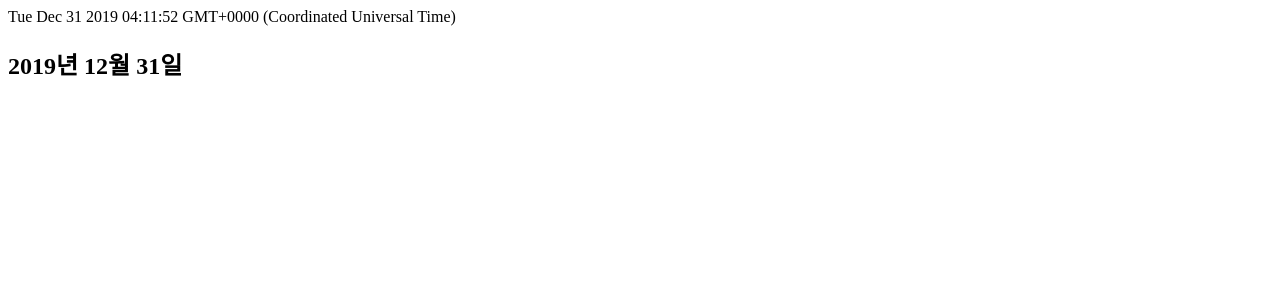
Repository: sonic247897/multicampus-web
Page: clientweb/WebContent/js_basic/js_date_test01.html
The author's editor kept a copy of each file at every save. The page is drawn from the files as they stood at one save, then again after the next save.
The browser window is 1280 px wide. The pictures show the whole page.

Above is the page before, as saved 2020-01-07 07:29:45.

### clientweb/WebContent/js_basic/js_date_test01.html
<!DOCTYPE html>
<!-- 날짜시간과 관련된 자바스크립트 내장객체(Date)  -->
<html>
<head>
	<meta charset="EUC-KR">
	<title>Insert title here</title>
</head>
<body>
	<script type="text/javascript">
		// 자바: Date d = new Date();
		today = new Date(); //자바스크립트는 타입명시 안해도 됨. 내장객체 Date
		document.write(today);
		str = today.getFullYear() + "년 ";
		str = str+(today.getMonth()+1) + "월 "; // 0부터 시작해서 1월이 0이므로 +1해야 한다.
		str = str+today.getDate() + "일";
		document.write("<h2>"+str+"</h2>");

	</script>
</body>
</html>

After the next save:
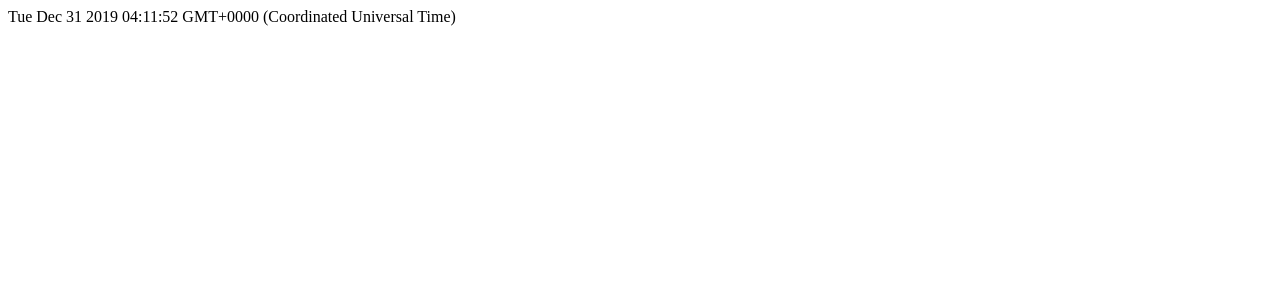
Console error: TypeError: today.getHour is not a function
Saved 2 min 3 s later.
--- a/clientweb/WebContent/js_basic/js_date_test01.html
+++ b/clientweb/WebContent/js_basic/js_date_test01.html
@@ -12,7 +12,8 @@
 		document.write(today);
 		str = today.getFullYear() + "년 ";
 		str = str+(today.getMonth()+1) + "월 "; // 0부터 시작해서 1월이 0이므로 +1해야 한다.
-		str = str+today.getDate() + "일";
+		str = str+today.getDate() + "일 ";
+		str = str+today.getHour() + "시";
 		document.write("<h2>"+str+"</h2>");
 
 	</script>

After the save that followed:
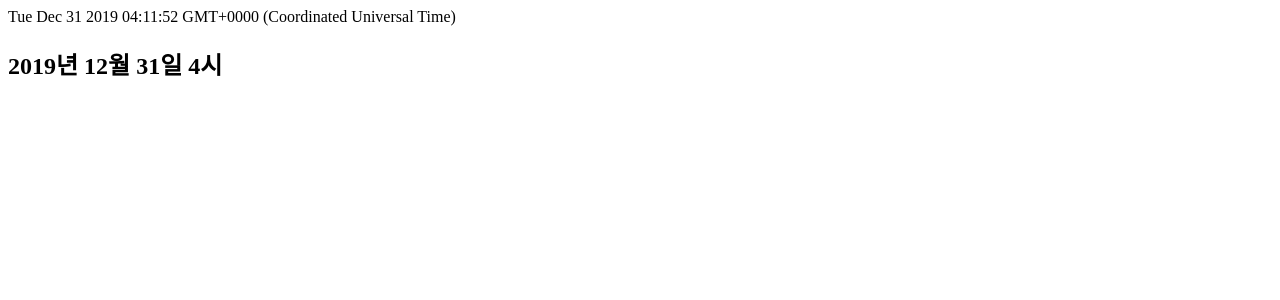
The error is gone.
Saved 6 s later.
--- a/clientweb/WebContent/js_basic/js_date_test01.html
+++ b/clientweb/WebContent/js_basic/js_date_test01.html
@@ -13,7 +13,7 @@
 		str = today.getFullYear() + "년 ";
 		str = str+(today.getMonth()+1) + "월 "; // 0부터 시작해서 1월이 0이므로 +1해야 한다.
 		str = str+today.getDate() + "일 ";
-		str = str+today.getHour() + "시";
+		str = str+today.getHours() + "시";
 		document.write("<h2>"+str+"</h2>");
 
 	</script>
